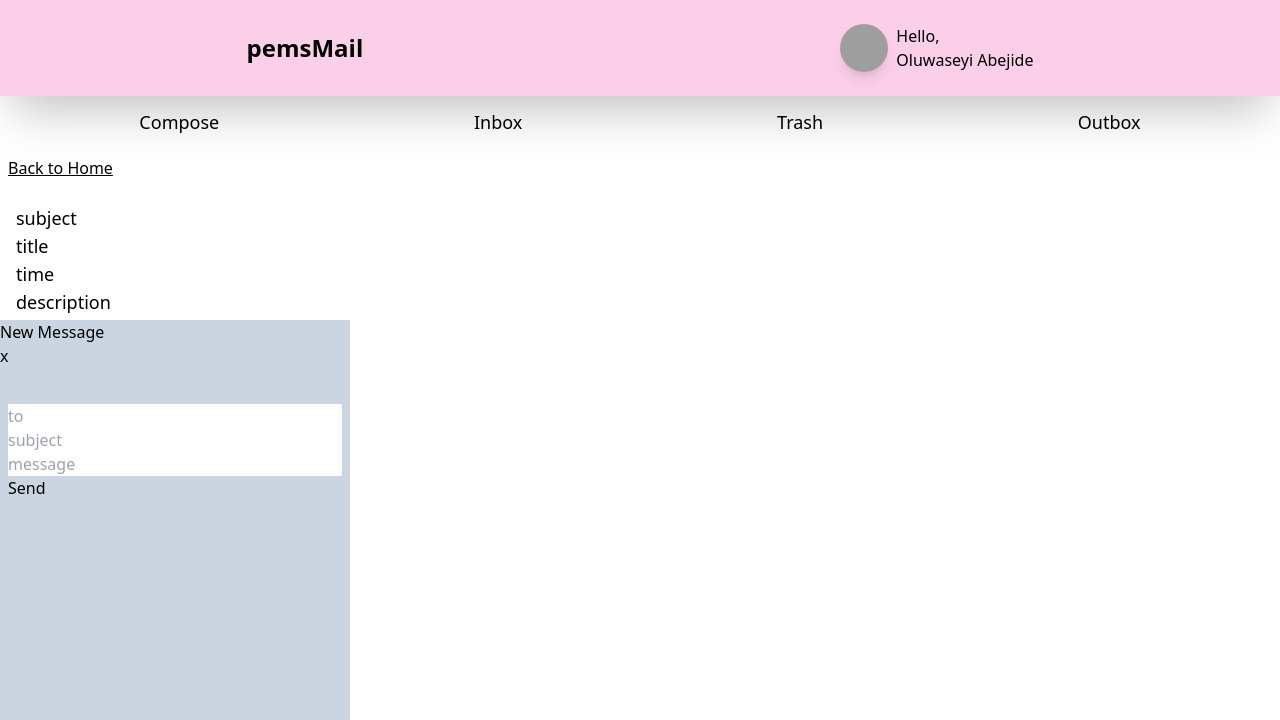
Repository: Semanmernstack/mailclone
Page: /mail
The author's editor kept a copy of each file at every save. The page is drawn from the files as they stood at one save, then again after the next save.
The browser window is 1280 px wide. The pictures show the whole page.
Pictures or frames that could not be fetched are drawn as grey boxes. The project was rebuilt for these pictures with package versions that can differ from the ones it lists, and the page was loaded fresh each time. Also part of the build but not shown: src/features/counter/Counter.module.css, src/features/counter/Counter.js, src/OpenRow.js, src/Open.js.

Above is the page before, as saved 2023-01-16 03:56:31.

### src/App.js
import React from 'react';

import { Counter } from './features/counter/Counter';
import Header from './Header';
import {
  BrowserRouter,
  Routes,
  Route,
} from "react-router-dom";
import Open from './Open';
import Topbar from './Topbar';
import Mail from './Mail';
import SendMail from './SendMail';


function App() {
  return (
    <div className="h-screen relative">

      <BrowserRouter>

        <Header/>
        <Topbar/>
        <Routes>
        <Route exact path="mail" element={<Mail/>} />
          <Route exact path="/" element={<Open/>} />
        </Routes>
        <SendMail/>
      </BrowserRouter>

    </div>
  );
}

export default App;

### src/features/counter/counterSlice.js
import { createAsyncThunk, createSlice } from '@reduxjs/toolkit';
import { fetchCount } from './counterAPI';

const initialState = {
  value: 0,
  status: 'idle',
};

// The function below is called a thunk and allows us to perform async logic. It
// can be dispatched like a regular action: `dispatch(incrementAsync(10))`. This
// will call the thunk with the `dispatch` function as the first argument. Async
// code can then be executed and other actions can be dispatched. Thunks are
// typically used to make async requests.
export const incrementAsync = createAsyncThunk(
  'counter/fetchCount',
  async (amount) => {
    const response = await fetchCount(amount);
    // The value we return becomes the `fulfilled` action payload
    return response.data;
  }
);

export const counterSlice = createSlice({
  name: 'counter',
  initialState,
  // The `reducers` field lets us define reducers and generate associated actions
  reducers: {
    increment: (state) => {
      // Redux Toolkit allows us to write "mutating" logic in reducers. It
      // doesn't actually mutate the state because it uses the Immer library,
      // which detects changes to a "draft state" and produces a brand new
      // immutable state based off those changes
      state.value += 1;
    },
    decrement: (state) => {
      state.value -= 1;
    },
    // Use the PayloadAction type to declare the contents of `action.payload`
    incrementByAmount: (state, action) => {
      state.value += action.payload;
    },
  },
  // The `extraReducers` field lets the slice handle actions defined elsewhere,
  // including actions generated by createAsyncThunk or in other slices.
  extraReducers: (builder) => {
    builder
      .addCase(incrementAsync.pending, (state) => {
        state.status = 'loading';
      })
      .addCase(incrementAsync.fulfilled, (state, action) => {
        state.status = 'idle';
        state.value += action.payload;
      });
  },
});

export const { increment, decrement, incrementByAmount } = counterSlice.actions;

// The function below is called a selector and allows us to select a value from
// the state. Selectors can also be defined inline where they're used instead of
// in the slice file. For example: `useSelector((state: RootState) => state.counter.value)`
export const selectCount = (state) => state.counter.value;

// We can also write thunks by hand, which may contain both sync and async logic.
// Here's an example of conditionally dispatching actions based on current state.
export const incrementIfOdd = (amount) => (dispatch, getState) => {
  const currentValue = selectCount(getState());
  if (currentValue % 2 === 1) {
    dispatch(incrementByAmount(amount));
  }
};

export default counterSlice.reducer;

### src/Header.js
import React from 'react'

function Header() {
  return (
    <div className="flex items-center justify-around p-2     h-24 bg-pink-200 border-b-pink-800 shadow-2xl">
        <div>
            <h1 className="text-lg md:text-2xl font-semibold">pemsMail</h1>

        </div>
        <div className="flex items-center justify-evenly">

            <img className="h-12 w-12 rounded-full shadow-lg" src="https://cdn.pixabay.com/photo/2022/12/01/12/26/countryside-7629017__340.jpg" alt="pic" />
            <div className="ml-2">
                <p>Hello,</p>
                <p>Oluwaseyi Abejide</p>
            </div>
        </div>
    </div>
  )
}

export default Header

### src/Topbar.js
import React from 'react'

function Topbar() {
  return (
    <div className="flex items-center justify-around text-lg p-3">
        <div className='hover:underline hover:text-red-900 hover:text-2xl'>
            <p>Compose</p>
        </div>
        <div className='hover:underline hover:text-red-900 hover:text-2xl'>
            <p>Inbox</p>
        </div>
        <div className='hover:underline hover:text-red-900 hover:text-2xl'>
            <p>Trash</p>
        </div>
        <div className='hover:underline hover:text-red-900 hover:text-2xl'>
            <p>Outbox</p>
        </div>
    </div>
  )
}

export default Topbar

### src/Mail.js
import React from 'react'

function Mail() {
  return (
    <div className="flex flex-col">
        <div>
            <p className='p-2 cursor-pointer  hover:text-rose-900 underline'>Back to Home</p>
        </div>
        <div className="flex flex-col text-lg p-4 ">
           <div>
                <p>subject</p>
                <p>title</p>
                <p>time</p>

            </div>
            <div>
                <p>description</p>
            </div>

        </div>
    </div>
  )
}

export default Mail

### src/SendMail.js
import React from 'react'
import { useForm } from "react-hook-form";

function SendMail() {
    const { register, handleSubmit, formState: { errors } } = useForm();
    const onSubmit = (formData) => {}
  return (
    <div className=" flex absolute bottom-0 flex-col max-width-[350px] h-[400px] w-[350px] bg-slate-300">
            <div className=" ">
                <h3>New Message</h3>
                <button   >x</button>
            </div>
            <form onSubmit={handleSubmit(onSubmit)} className="flex flex-col p-2 my-7" >
                <input type="emails"
                    placeholder='to'
                    {...register("to", { required: true })}

                />
                {errors.to && <p className=''>To is Requred</p>}

                <input type="text"
                    placeholder='subject'
                    {...register("subject", { required: true })}

                />
                {errors.subject && <p className=''>Subject is Requred</p>}


                <input type="text"
                    placeholder='message'
                    className=''
                    {...register("message", { required: true })}
                />
                {errors.message && <p className=''>message is Requred</p>}


                <div className="">
                    <button>Send</button>
                </div>
            </form>

        </div>
  )
}

export default SendMail

Loaded but not shown: public/index.html (common file); src/index.js (common file); src/app/store.js (common file); src/reportWebVitals.js (common file); src/index.css (common file); src/features/counter/counterAPI.js (common file); tailwind.config.js (common file)

After the next save:
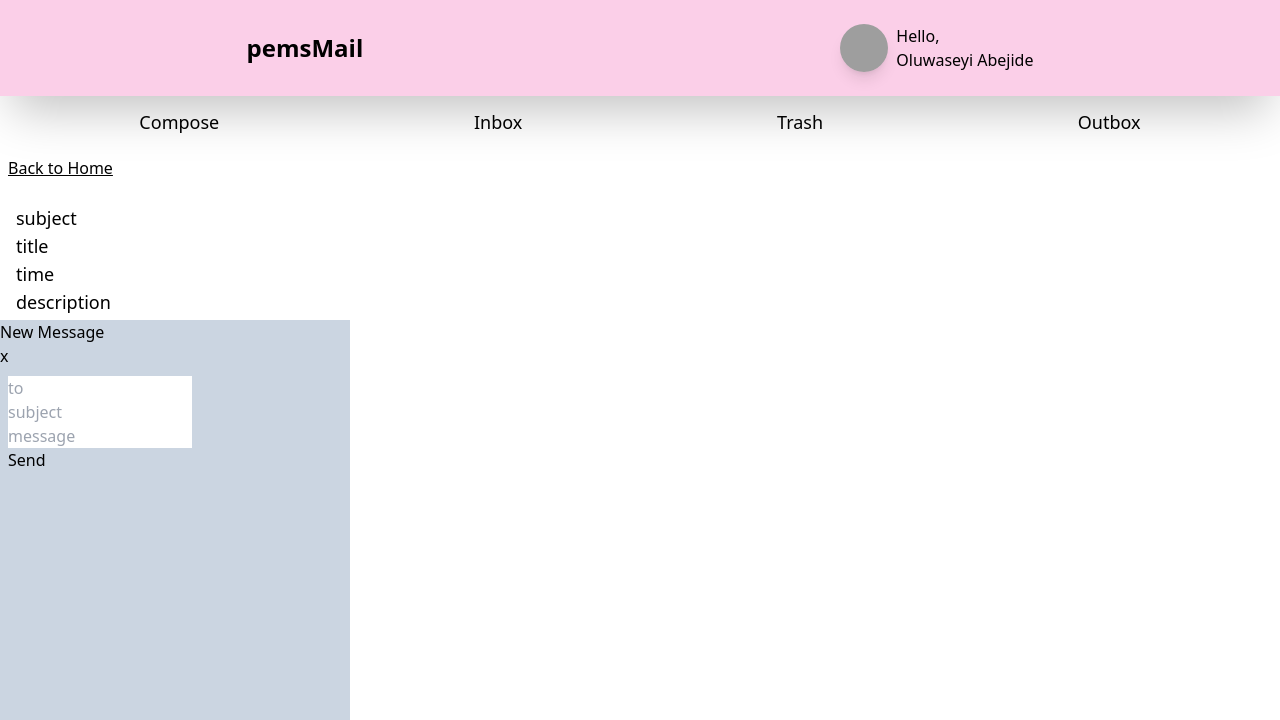
Saved 82 s later.
--- a/src/SendMail.js
+++ b/src/SendMail.js
@@ -10,7 +10,7 @@ function SendMail() {
                 <h3>New Message</h3>
                 <button   >x</button>
             </div>
-            <form onSubmit={handleSubmit(onSubmit)} className="flex flex-col p-2 my-7" >
+            <form onSubmit={handleSubmit(onSubmit)} className="flex flex-col p-2 h-[200px] w-[200px]" >
                 <input type="emails"
                     placeholder='to'
                     {...register("to", { required: true })}
